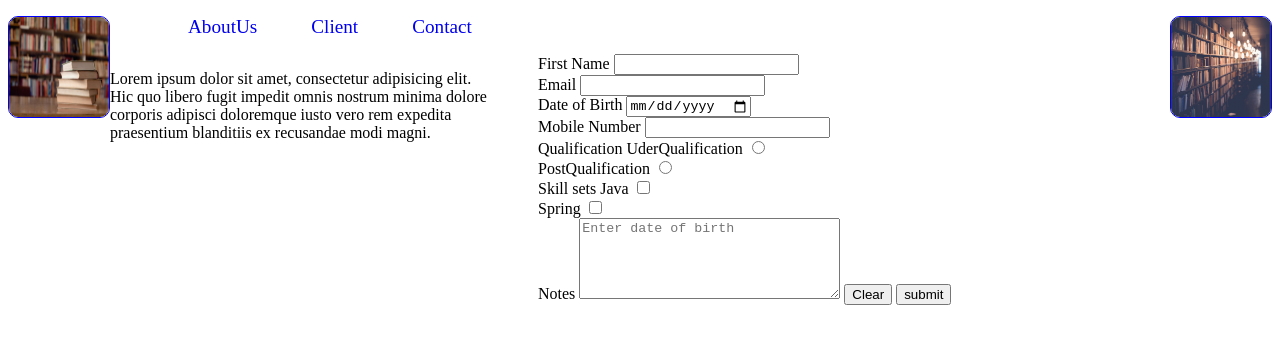
Repository: venkatesakki/JavaDeveloper
Page: html_examples/src/main/webapp/register.html
These files come from the project's save history. The page is drawn as it stood at one moment and after the next save; the edit follows.
The browser window is 1280 px wide. The pictures show the whole page.

Above is the page before, as saved 2022-06-23 06:39:36.

### html_examples/src/main/webapp/register.html
<!DOCTYPE html>
<html>
<head>
<meta charset="UTF-8">
<title>Register User</title>
<link href="images/jetslogo.png" type="image/png" rel="icon" />
<link href="styles/style.css" type="text/css" rel="stylesheet">

<style type="text/css">
ul>li {
	display: inline;
	margin-left: 50px;
}

a {
	text-decoration: none;
	font-size: 1.2em;
}

.smallImage {
	width: 100px;
	height: 100px;
	border: 1px solid blue;
	border-radius: 10px;
}

.left {
	float: left;
}

.right {
	float: right;
}
</style>
</head>
<body>
	<header style="width:100%;height:20%">
		<img alt="Image of Book" src="images/sample.jpg"
			class="smallImage left"> <img alt="Image of Book"
			src="images/sample1.jpeg" class="smallImage right">
		<nav>
			<ul style="margin-left: 90px">

				<li><a href="aboutus.html">AboutUs</a></li>
				<li><a href="client.html">Client</a></li>
				<li><a href="contact.html">Contact</a></li>

			</ul>
		</nav>
	</header>
	<section style="width: 100%; background-color: grey;display: inline;">

		<article style="width:30%;"class="left">
			<p>Lorem ipsum dolor sit amet, consectetur adipisicing elit. Hic
				quo libero fugit impedit omnis nostrum minima dolore corporis
				adipisci doloremque iusto vero rem expedita praesentium blanditiis
				ex recusandae modi magni.</p>

		</article>
		<article style="width: 50%;"class="right">
			<form action="client.html" method="post">
				<div>
					<label for="firstName">First Name</label> <input type="text"
						name="firstName" id="firstName" required />
				</div>
				<div>
					<label for="email">Email</label> <input type="email" name="email"
						id="email" multiple="multiple" />
				</div>
				<div>
					<label for="birthDate">Date of Birth</label> <input type="date"
						name="birthDate" id="birthDate" />
				</div>
				<div>
					<label for="mobile">Mobile Number</label> <input type="tel"
						name="mobileNumber" id="mobile" pattern="[0-9]{10}" />
				</div>
				<div>
					<label for="">Qualification</label> <label for="ug">UderQualification</label>
					<input type="radio" value="Under Graduate" name="qualidication"
						id="ug" />
				</div>
				<div>
					<label for="pg">PostQualification</label> <input type="radio"
						value="Post Graduate" name="qualidication" id="pg" />
				</div>
				<div>
					<label for="skill">Skill sets</label> <label for="java">Java</label>
					<input type="checkbox" value="java" name="skill" id="java" />
				</div>
				<div>
					<label for="spring">Spring</label> <input type="checkbox"
						value="spring" name="skill" id="spring" />

				</div>
				<div>
					<label for="notes">Notes</label>
					<textarea name="notes" cols="30" rows="5" id="notes"
						placeholder="Enter date of birth"></textarea>

					<input type="reset" value="Clear" /> <input type="submit"
						value="submit" />
				</div>
			</form>
		</article>

		<footer style="width:100%;height:20%"></footer>
	</section>

</body>
</html>

### html_examples/src/main/webapp/styles/style.css
@charset "UTF-8";

h4{

	color:#2e3436;
}

.centerText{
	text-align:center;

}
.ligt{
	color:rgb(255,0,0);
}
.dark{
	color:rgb(0,110,110);
}
.darkest{
	color:rgb(0,0,255);
}
.centerTable{
	text-align:center;
}
table{
	border:1px solid black;
	border-collapse:collapse;
	margin-left:auto;
	margin-right:auto;
/* 	margin-top:auto; */
/* 	margin-bottom:auto; */
/* 	margin-left:15%; margin-right:15% */
}
th,tr,td{
	border:3px solid black;
}
.background{
	background-image:url("../images/Jets_Pizza_Banner_Image.png");
	background-repeat: no-repeat;
	background-size:cover;
}

After the next save:
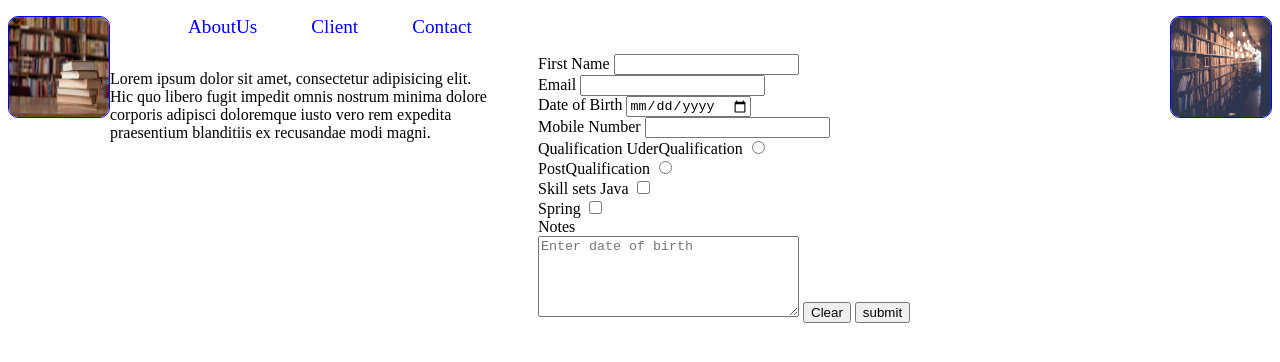
Saved 100 s later.
--- a/html_examples/src/main/webapp/register.html
+++ b/html_examples/src/main/webapp/register.html
@@ -95,6 +95,8 @@ a {
 				</div>
 				<div>
 					<label for="notes">Notes</label>
+			    </div>
+			    <div>
 					<textarea name="notes" cols="30" rows="5" id="notes"
 						placeholder="Enter date of birth"></textarea>
 
